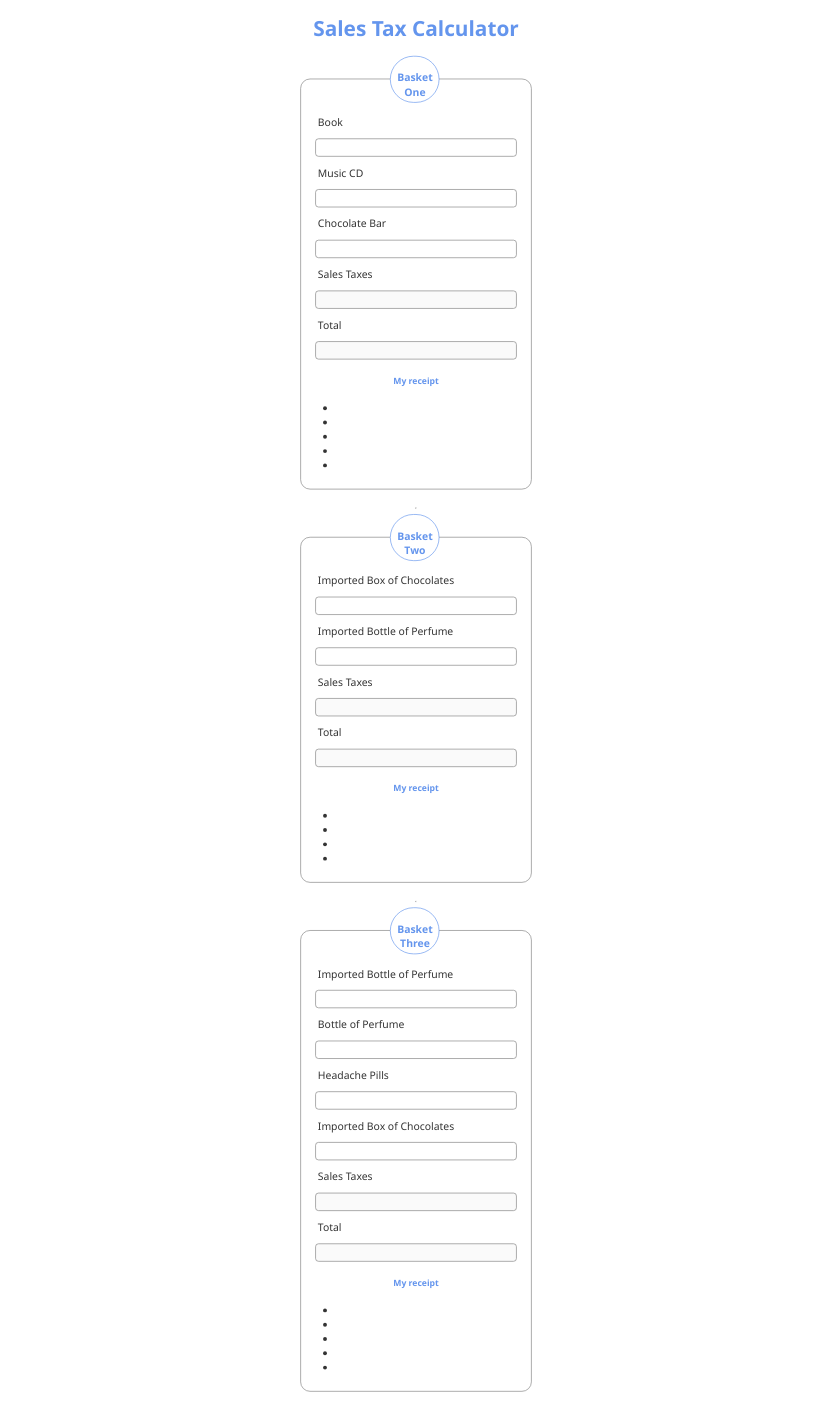
Repository: duzzisantos/sales-tax
Page: index.html
An editor plug-in stored every save of this project. The page is shown before and after the next save, followed by the edit.
The browser window is 1280 px wide. The pictures show the whole page, at 65% of full size.

Above is the page before, as saved 2022-05-25 22:09:30.

### index.html
<!DOCTYPE html>
<html lang="en">

<head>
    <meta charset="UTF-8">
    <meta http-equiv="X-UA-Compatible" content="IE=edge">
    <meta name="viewport" content="width=device-width, initial-scale=1.0">
    <link href="style.css" rel="stylesheet">
    <title>Sales Tax Calculator</title>
</head>

<body>
    <h1>Sales Tax Calculator</h1>
    <section id="container">
        <fieldset>
            <legend>
                <h4>Basket One</h4>
            </legend>
            <form class="formOne">
                <label for="book">Book</label>
                <input id="book" type="number" name="book" onchange="basketOne()" />
                <label for="musicCD">Music CD</label>
                <input id="musicCD" type="number" name="musicCD" onchange="basketOne()" />
                <label for="chocolateBar">Chocolate Bar</label>
                <input id="chocolateBar" type="number" name="chocolateBar" onchange="basketOne()" />
                <label for="sales-taxes">Sales Taxes</label>
                <input id="sales-taxes" type="number" name="sales-taxes" onchange="basketOne()" disabled />
                <label for="total">Total</label>
                <input id="total" type="number" name="total" onchange="basketOne()" disabled />
            </form>
            <h5>My receipt</h5>
            <ul id="listOne">
                <li></li>
                <li></li>
                <li></li>
                <li></li>
                <li></li>
            </ul>
        </fieldset>
        <hr>

        <fieldset>
            <legend>
                <h4>Basket Two</h4>
            </legend>
            <form class="formTwo">
                <label for="imported-box-chocolate">Imported Box of Chocolates</label>
                <input id="imported-box-chocolate" type="number" name="imported-box-chocolate" onchange="basketTwo()" />
                <label for="imported-perfume">Imported Bottle of Perfume</label>
                <input id="imported-perfume" type="number" name="imported-perfume" onchange="basketTwo()" />

                <label for="sales-taxes2">Sales Taxes</label>
                <input id="sales-taxes2" type="number" name="sales-taxes2" onchange="basketTwo()" disabled />
                <label for="total">Total</label>
                <input disabled id="total2" type="number" name="total2" onchange="basketTwo()" />
            </form>

            <h5>My receipt</h5>
            <ul id="listTwo">
                <li></li>
                <li></li>
                <li></li>
                <li></li>
            </ul>
        </fieldset>
        <hr>

        <fieldset>
            <legend>
                <h4>Basket Three</h4>
            </legend>
            <form class="formThree">
                <label for="imported-perfume2">Imported Bottle of Perfume</label>
                <input id="imported-perfume2" type="number" name="imported-perfume2" onchange="basketThree()" />
                <label for="bottle-perfume">Bottle of Perfume</label>
                <input id="bottle-perfume" type="number" name="bottle-perfume" onchange="basketThree()" />
                <label for="pills">Headache Pills</label>
                <input id="pills" type="number" name="pills" onchange="basketThree()" />
                <label for="imported-box-chocolate2">Imported Box of Chocolates</label>
                <input id="imported-box-chocolate2" type="number" name="imported-box-chocolate2"
                    onchange="basketThree()" />
                <label for=" sales-taxes3">Sales Taxes</label>
                <input id="sales-taxes3" type="number" name="sales-taxes3" onchange="basketThree()" disabled />
                <label for="total3">Total</label>
                <input disabled id="total3" type="number" name="total3" onchange="basketThree()" />
            </form>

            <h5>My receipt</h5>
            <ul id="listThree">
                <li></li>
                <li></li>
                <li></li>
                <li></li>
                <li></li>
            </ul>
        </fieldset>
    </section>
</body>
<script src="first.js"></script>
<script src="second.js"></script>
<script src="third.js"></script>
<script src="index.js"></script>

</html>

### style.css
*{
    color: rgb(0,0,0,0.8);
    font-family: 'Segoe UI', Tahoma, Geneva, Verdana, sans-serif;
}

#container{
    display: flex;
    flex-direction: column;
    align-items: center;
    justify-content: center;
    bottom: 0;
}

fieldset{
    height: fit-content;
    width: 20%;
    border: 1px solid grey;
    border-radius: 15px;
    margin-bottom: 20px;
}

legend{
    height: 70px;
    width: 70px;
    border: 1px solid cornflowerblue;
    border-radius: 50px;
    margin-left: 38%;
}

legend h4, h5, h1{
    text-align: center;
    color: cornflowerblue;
}
label, input{
    display: block;
    margin: 10px;
    padding: 4px;
}

input{
    width: 300px;
    border-radius: 5px;
    border: 1px solid grey;
}

### first.js
//Variables for tax rate
let taxFree = 0;
let basicTax = 10;
let importDuty = 5;

//imported basic taxable items attract an extra non-negotiable tax rate of 5%, therefore 10% + 5% = 15%
let basicPlusImportDuty = basicTax + importDuty;

//An app that computes the first basket of goods
const basketOne = () => {
  let book = document.getElementById("book").value;
  let musicCD = document.getElementById("musicCD").value;
  let chocolateBar = document.getElementById("chocolateBar").value;

  // The plus sign is used in front of every variable to indicate to JavaScript that they are numerical values
  // Without this, they would become concatenated strings

  //these are the sums of the items and their taxes
  let bookPlusTax = +taxFree * +book + +book;
  let musicCDPlusTax = (basicTax * +musicCD) / 100 + +musicCD;
  let chocolateBarPlusTax = +taxFree * +chocolateBar + +chocolateBar;

  //this computes the total price paid by the customer
  let netPayment = +bookPlusTax + +musicCDPlusTax + +chocolateBarPlusTax;
  document.getElementById("total").value = netPayment.toFixed(2);

  //this computes the total sales tax generated
  let totalTaxes =
    bookPlusTax -
    book +
    (musicCDPlusTax - musicCD) +
    (chocolateBarPlusTax - chocolateBar);

  //Math.ceil and toFixed method helps us round up to the nearest 0.05
  document.getElementById("sales-taxes").value = (
    Math.ceil(totalTaxes * 20) / 20
  ).toFixed(2);

  //Receipt list
  const listOne = document.getElementById("listOne");
  listOne.appendChild(book, musicCD, chocolateBar, totalTaxes, netPayment);
};

### second.js
//Variables for tax rate
let basicTax2 = 10;
let importDuty2 = 5;

//imported basic taxable items attract an extra non-negotiable tax rate of 5%, therefore 10% + 5% = 15%
let basicPlusImportDuty2 = basicTax2 + importDuty2;

//An app that computes the second basket of goods
const basketTwo = () => {
  let importedChocolate = document.getElementById(
    "imported-box-chocolate"
  ).value;
  let importedPerfume2 = document.getElementById("imported-perfume").value;

  // The plus sign is used in front of every variable to indicate to JavaScript that they are numerical values
  // Without this, they would become concatenated strings

  //these are the sums of the imported items and their taxes
  let importedChocolatePlusTax =
    (importDuty2 * +importedChocolate) / 100 + +importedChocolate;
  let importedPerfume2PlusTax =
    (basicPlusImportDuty2 * +importedPerfume2) / 100 + +importedPerfume2;

  //Math.ceil and toFixed method helps us round up to the nearest 0.05
  //this computes the total price paid by the customer
  let netPayment = +importedChocolatePlusTax + +importedPerfume2PlusTax;
  document.getElementById("total2").value = (
    Math.ceil(netPayment * 20) / 20
  ).toFixed(2);

  //this computes the total sales tax generated
  let totalTaxes =
    (importDuty2 * +importedChocolate) / 100 +
    (basicPlusImportDuty2 * +importedPerfume2) / 100;
  document.getElementById("sales-taxes2").value = (
    Math.ceil(totalTaxes * 20) / 20
  ).toFixed(2);
};

### third.js
//Variables for tax rate
let taxFree3 = 0;
let basicTax3 = 10;
let importDuty3 = 5;
let basicPlusImportDuty3 = basicTax3 + importDuty3;


//App that computes the third basket of goods
const basketThree = () => {
    let importedPerfume2 = document.getElementById("imported-perfume2").value;
    let bottlePerfume = document.getElementById("bottle-perfume").value;
    let pills = document.getElementById("pills").value;
    let importedChocolate2 = document.getElementById("imported-box-chocolate2").value;


    //    // The plus sign is used in front of every variable to indicate to JavaScript that they are numerical values
     // Without this, they would become concatenated strings

    //these are the sums of the imported items and their taxes
    let importedPerfume2PlusTax = (basicPlusImportDuty3 * +importedPerfume2) / 100 + +importedPerfume2;
    let bottlePerfumePlusTax =
      (basicTax3 * +bottlePerfume) / 100 + +bottlePerfume;
    let pillsPlusTax = (taxFree3 * +pills) + +pills;
    let importedChocolate2PlusTax =
      (importDuty3 * +importedChocolate2) / 100 + +importedChocolate2;

    //Math.ceil and toFixed method helps us round up to the nearest 0.05
    //This computes the prices plus their taxes
    let netPayment =
      importedPerfume2PlusTax +
      bottlePerfumePlusTax +
      pillsPlusTax +
      importedChocolate2PlusTax;
    document.getElementById("total3").value = (Math.ceil(netPayment * 20) / 20).toFixed(2);

    //this computes the total taxes generated from selling basket three
    let totalTaxes =
      importedPerfume2PlusTax -
      importedPerfume2 +
      (bottlePerfumePlusTax - bottlePerfume) +
      (pillsPlusTax - pills) +
      (importedChocolate2PlusTax - importedChocolate2);

    document.getElementById("sales-taxes3").value = (
        Math.ceil(totalTaxes * 20) / 20
      ).toFixed(2);
  };

### index.js
//This is responsible for the DOM Manipulation
//This helps the user to display a simple receipt

After the next save:
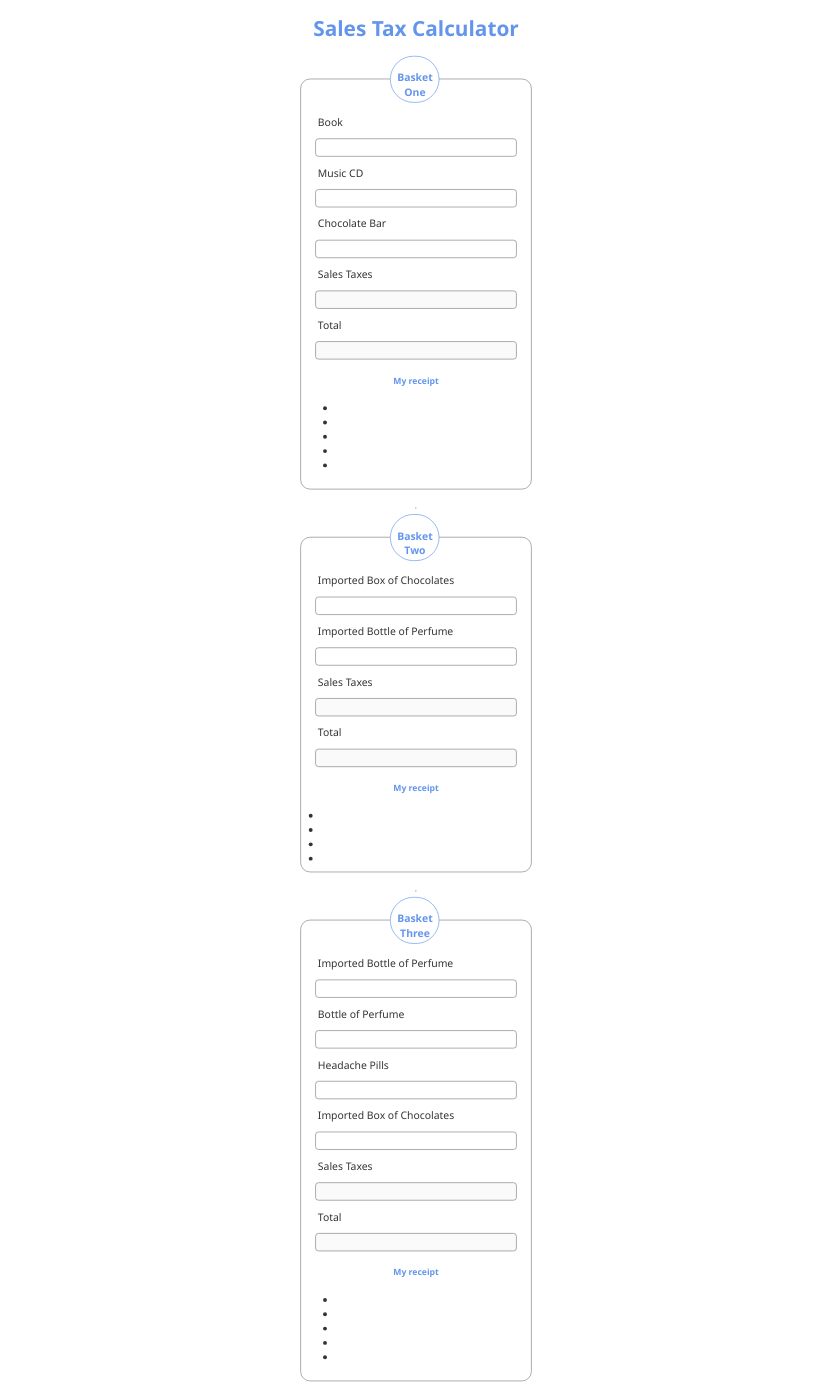
Saved 98 s later.
--- a/index.html
+++ b/index.html
@@ -56,12 +56,12 @@
             </form>
 
             <h5>My receipt</h5>
-            <ul id="listTwo">
+            <span id="listTwo">
                 <li></li>
                 <li></li>
                 <li></li>
                 <li></li>
-            </ul>
+            </span>
         </fieldset>
         <hr>
 
